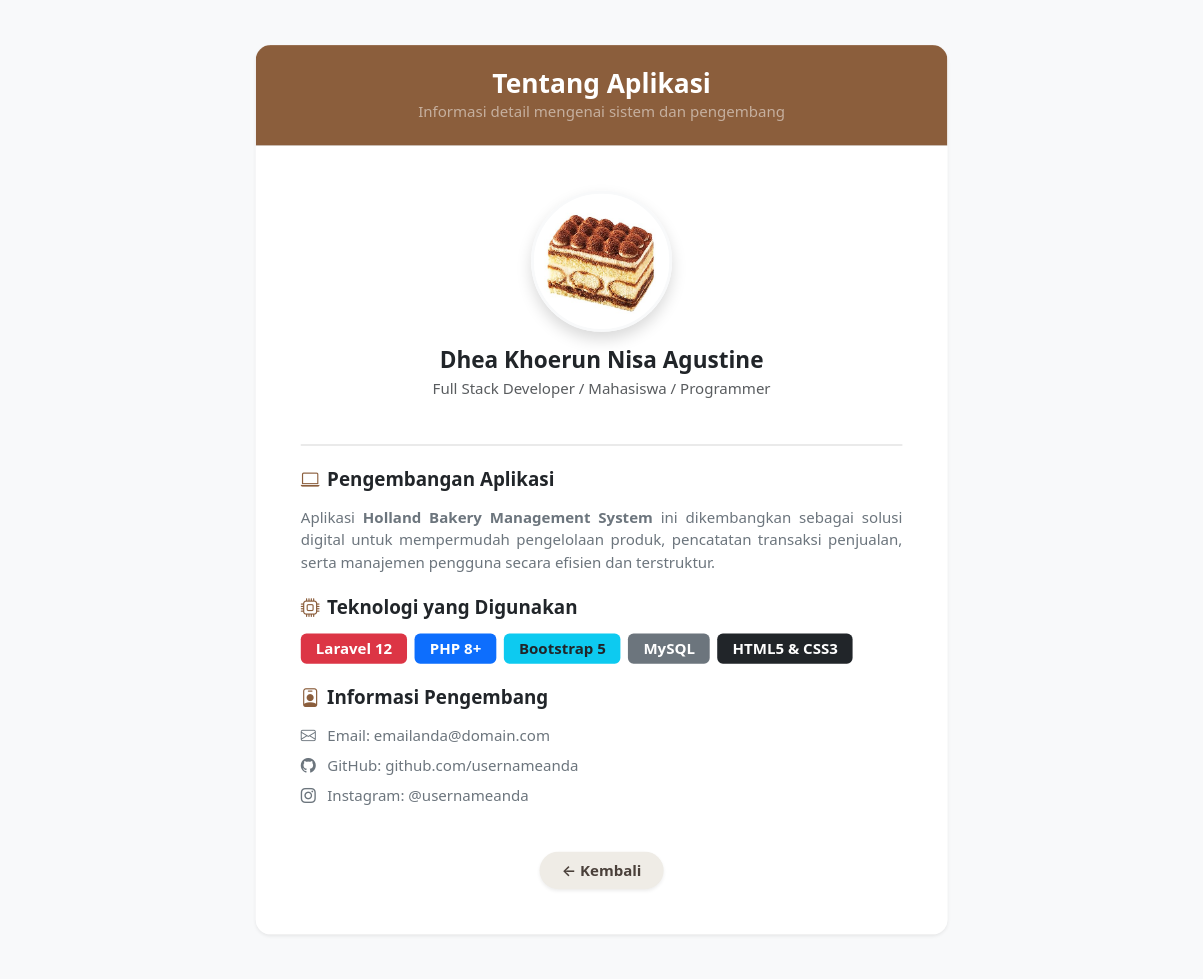
Repository: dheakhoerunnisaagustine/apk_pos4
Page: http://localhost/tentang
These files come from the project's save history. The page is drawn as it stood at one moment and after the next save; the edit follows.
The browser window is 1280 px wide. The pictures show the whole page, at 94% of full size.
Some web fonts or font styles are not loaded; a fallback is used. The page is served by the project's Laravel application, run on PHP 8.4 with Laravel 12. A made-up administrator, Test User (test@example.com), is signed in. Other server files are loaded and not shown. Style sheets and scripts are compiled from the project's sources, by tool versions that may differ from the author's.

Above is the page before, as saved 2026-09-11 13:40:23.

### routes/web.php
<?php

use Illuminate\Support\Facades\Route;
use App\Http\Controllers\AuthController;
use App\Http\Controllers\DashboardController;
use App\Http\Controllers\ItemPenjualanController;
use App\Http\Controllers\PenjualanController;
use App\Http\Controllers\ProdukController;
use App\Http\Controllers\UserController;
use App\Http\Controllers\JenisController; // <-- Tambahan 1: Panggil Controller Jenis

// Route Halaman Utama
Route::get('/', function () {
    return auth()->check()
        ? redirect()->route('dashboard')
        : redirect()->route('login');
});

// Route Tampilan Login (Hanya untuk Guest)
Route::middleware('guest')->group(function () {
    Route::get('/login', [AuthController::class, 'index'])->name('login');
});

// Route Eksekusi Login (Ditaruh di luar guest agar tidak kena redirect loop/expired saat ganti akun)
Route::post('/auth', [AuthController::class, 'auth'])->name('auth');

// Route yang hanya bisa diakses setelah login
Route::middleware('auth')->group(function () {
    Route::get('/dashboard', [DashboardController::class, 'index'])->name('dashboard');

    // Rute Tentang yang baru ditambahkan
    Route::get('/tentang', function () {
        return view('tentang');
    })->name('tentang');

    Route::post('/logout', [AuthController::class, 'logout'])->name('logout');

    // Khusus Admin
    Route::middleware('role:admin')->prefix('admin')->name('admin.')->group(function () {
        Route::get('/users', [UserController::class, 'index'])->name('users');
        Route::get('/users/create', [UserController::class, 'create'])->name('users.create');
        Route::post('/users/store', [UserController::class, 'store'])->name('users.store');
        Route::get('/users/edit/{user}', [UserController::class, 'edit'])->name('users.edit');
        Route::put('/users/update/{user}', [UserController::class, 'update'])->name('users.update');
        Route::delete('/users/destroy/{user}', [UserController::class, 'destroy'])->name('users.destroy');
    });

    // Admin & Kasir
    Route::middleware('role:admin,kasir')->group(function () {
        Route::resource('/produk', ProdukController::class);
        Route::resource('/penjualan', PenjualanController::class);
        Route::resource('/itempenjualan', ItemPenjualanController::class);
        Route::resource('/jenis', JenisController::class); // <-- Tambahan 2: Daftarkan resource jenis di sini
    });
});

### app/Models/User.php
<?php

namespace App\Models;

// use Illuminate\Contracts\Auth\MustVerifyEmail;
use Illuminate\Database\Eloquent\Factories\HasFactory;
use Illuminate\Foundation\Auth\User as Authenticatable;
use Illuminate\Notifications\Notifiable;

class User extends Authenticatable
{
    /** @use HasFactory<\Database\Factories\UserFactory> */
    use HasFactory, Notifiable;

    /**
     * The attributes that are mass assignable.
     *
     * @var list<string>
     */
    protected $fillable = [
        'name',
        'email',
        'password',
        'role_id'
    ];

    /**
     * The attributes that should be hidden for serialization.
     *
     * @var list<string>
     */
    protected $hidden = [
        'password',
        'remember_token',
    ];

    /**
     * Get the attributes that should be cast.
     *
     * @return array<string, string>
     */
    protected function casts(): array
    {
        return [
            'email_verified_at' => 'datetime',
            'password' => 'hashed',
        ];
    }

    public function role()
{
    return $this->belongsTo(Role::class, 'role_id', 'id');
}


    public function produk()
    {
        return $this->hasMany(Produk::class, 'user_id');
    }

    public function Penjualan()
    {
        return $this->hasMany(Penjualan::class, 'user_id');
    }





}

### resources/views/tentang.blade.php
@extends('layouts.app') {{-- Sesuaikan dengan layout utama aplikasi Anda --}}

@section('content')
<div class="container py-5">
    <div class="row justify-content-center">
        <div class="col-md-8">
            <div class="card shadow-sm border-0 rounded-4 overflow-hidden">
                <div class="card-header text-white text-center py-4" style="background: #8B5E3C;">
                    <h3 class="mb-0 fw-bold">Tentang Aplikasi</h3>
                    <p class="mb-0 text-white-50">Informasi detail mengenai sistem dan pengembang</p>
                </div>

                <div class="card-body p-4 p-md-5 bg-white">

                    {{-- Bagian Foto dan Nama Pengembang --}}
                    <div class="text-center mb-5">
                        {{-- Ganti 'images/foto-saya.jpeg' dengan lokasi foto Anda di folder public --}}
                        <img src="{{ asset('images/foto.jpg') }}" alt="Foto Pengembang"
                            class="rounded-circle shadow mb-3 border border-3 border-light"
                            style="width: 150px; height: 150px; object-fit: cover;">

                        <h4 class="fw-bold mb-1">Dhea Khoerun Nisa Agustine</h4>
                        <p class="text-muted">Full Stack Developer / Mahasiswa / Programmer</p>
                    </div>

                    <hr class="text-muted my-4">

                    {{-- Informasi Pengembangan Aplikasi --}}
                    <div class="mb-4">
                        <h5 class="fw-bold text-dark mb-3">
                            <i class="bi bi-laptop me-2" style="color: #8B5E3C;"></i>Pengembangan Aplikasi
                        </h5>
                        <p class="text-secondary" style="text-align: justify;">
                            Aplikasi <strong>Holland Bakery Management System</strong> ini dikembangkan sebagai solusi digital untuk mempermudah pengelolaan produk, pencatatan transaksi penjualan, serta manajemen pengguna secara efisien dan terstruktur.
                        </p>
                    </div>

                    {{-- Teknologi yang Digunakan --}}
                    <div class="mb-4">
                        <h5 class="fw-bold text-dark mb-3">
                            <i class="bi bi-cpu me-2" style="color: #8B5E3C;"></i>Teknologi yang Digunakan
                        </h5>
                        <div class="d-flex flex-wrap gap-2">
                            <span class="badge bg-danger px-3 py-2 fs-6">Laravel 12</span>
                            <span class="badge bg-primary px-3 py-2 fs-6">PHP 8+</span>
                            <span class="badge bg-info text-dark px-3 py-2 fs-6">Bootstrap 5</span>
                            <span class="badge bg-secondary px-3 py-2 fs-6">MySQL</span>
                            <span class="badge bg-dark px-3 py-2 fs-6">HTML5 & CSS3</span>
                        </div>
                    </div>

                    {{-- Informasi Kontak / Pengembang --}}
                    <div class="mb-4">
                        <h5 class="fw-bold text-dark mb-3">
                            <i class="bi bi-person-badge me-2" style="color: #8B5E3C;"></i>Informasi Pengembang
                        </h5>
                        <ul class="list-unstyled text-secondary">
                            <li class="mb-2"><i class="bi bi-envelope me-2"></i> Email: emailanda@domain.com</li>
                            <li class="mb-2"><i class="bi bi-github me-2"></i> GitHub: github.com/usernameanda</li>
                            <li class="mb-2"><i class="bi bi-instagram me-2"></i> Instagram: @usernameanda</li>
                        </ul>
                    </div>

                    {{-- Tombol Kembali sesuai desain gambar --}}
                    <div class="text-center mt-5">
                        <a href="{{ route('dashboard') }}" class="btn px-4 py-2 rounded-pill fw-semibold shadow-sm" style="background-color: #EFECE6; color: #4A403A; border: none;">
                            &larr; Kembali
                        </a>
                    </div>

                </div>
            </div>
        </div>
    </div>
</div>
@endsection

### resources/views/layouts/app.blade.php
<!DOCTYPE html>
<html lang="id">
<head>
    <meta charset="UTF-8">
    <meta name="viewport" content="width=device-width, initial-scale=1">

    <title>@yield('title') | Bakery POS</title>

    @vite(['resources/css/app.css', 'resources/js/app.js'])
</head>

<body class="bg-light">

    @yield('content')

</body>
</html>

### resources/css/app.css
@import "bootstrap/dist/css/bootstrap.min.css";
@import "bootstrap-icons/font/bootstrap-icons.css";
@import './dashboard.css';

@source '../../vendor/laravel/framework/src/Illuminate/Pagination/resources/views/*.blade.php';
@source '../../storage/framework/views/*.php';
@source '../**/*.blade.php';
@source '../**/*.js';

@theme {
    --font-sans: 'Instrument Sans', ui-sans-serif, system-ui, sans-serif, 'Apple Color Emoji', 'Segoe UI Emoji',
        'Segoe UI Symbol', 'Noto Color Emoji';
}

### resources/css/dashboard.css
body{
    background:#f8f5f2;
}


.page-title{
    font-weight:bold;
    color:#6f4e37;
}


.stat-card{
    border:none;
    border-radius:15px;
    box-shadow:0 5px 15px rgba(0,0,0,.08);
    transition:.3s;
}


.stat-card:hover{
    transform:translateY(-5px);
}


.stat-icon{
    width:60px;
    height:60px;
    border-radius:50%;
    display:flex;
    justify-content:center;
    align-items:center;
    font-size:28px;
    color:white;
}


.bg-brown{
    background:#8B5E3C;
}


.bg-orange{
    background:#D4A373;
}


.bg-green{
    background:#28a745;
}


.bg-red{
    background:#dc3545;
}


.table-card{
    border:none;
    border-radius:15px;
    box-shadow:0 5px 15px rgba(0,0,0,.08);
}


.card-title-custom{
    color:#6f4e37;
    font-weight:bold;
}


.card{
    border:none;
    border-radius:18px;
    box-shadow:0 10px 25px rgba(0,0,0,.08);
    transition:.3s;
}


.card:hover{
    transform:translateY(-4px);
}



/* =====================
   BUTTON BAKERY USER
===================== */


.btn-bakery-edit {

    background:#D8A47F;
    color:white;
    border-radius:30px;
    padding:8px 18px;
    font-weight:600;
    border:none;
    transition:.3s;

}


.btn-bakery-edit:hover {

    background:#B9825A;
    color:white;
    transform:translateY(-2px);

}



.btn-bakery-delete {

    background:#E98B8B;
    color:white;
    border-radius:30px;
    padding:8px 18px;
    font-weight:600;
    border:none;
    transition:.3s;

}


.btn-bakery-delete:hover {

    background:#D85C5C;
    color:white;
    transform:translateY(-2px);

}



.btn i{
    margin-right:5px;
}

Loaded but not shown: resources/js/bootstrap.js (common file)

After the next save:
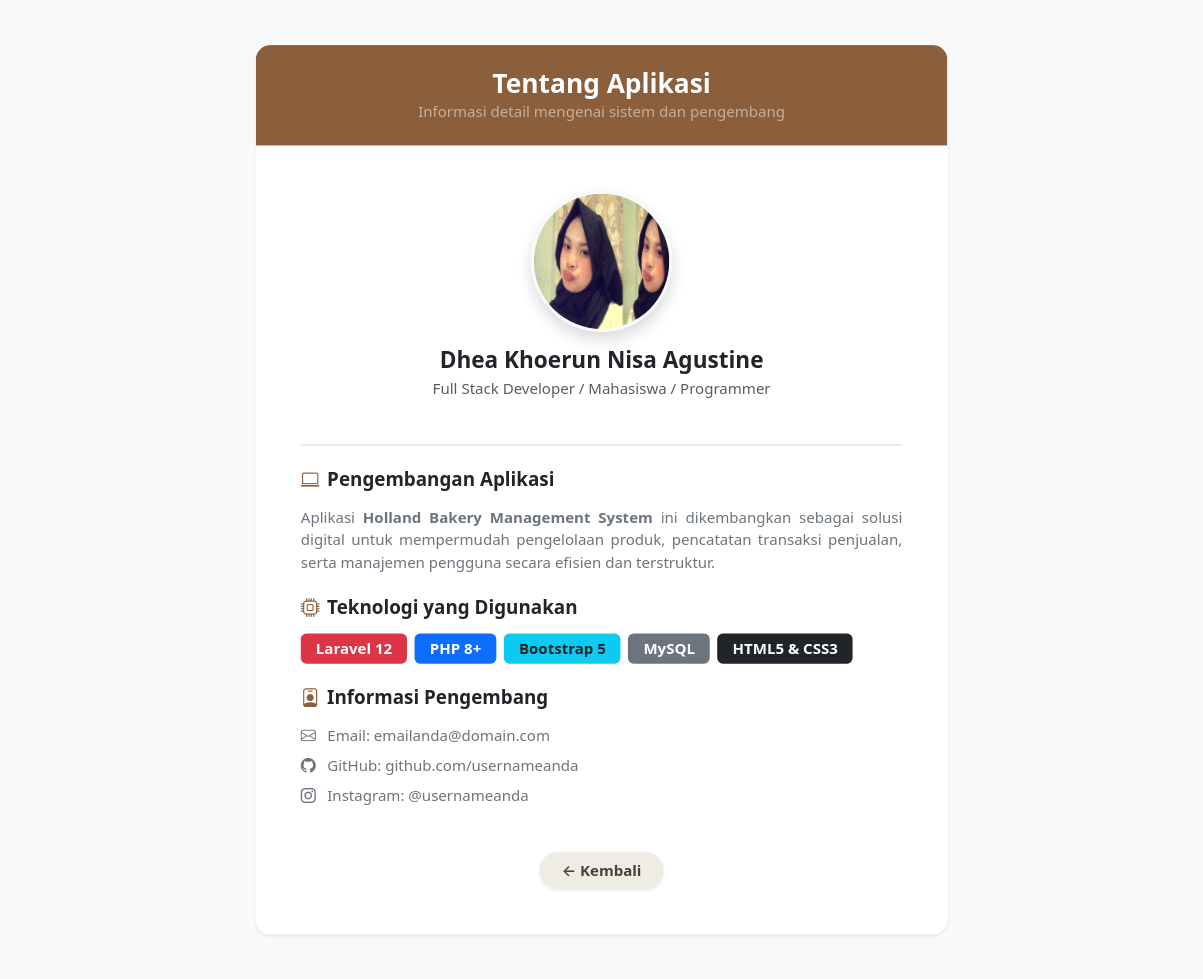
Saved 105 s later.
--- a/resources/views/tentang.blade.php
+++ b/resources/views/tentang.blade.php
@@ -14,7 +14,7 @@
 
                     {{-- Bagian Foto dan Nama Pengembang --}}
                     <div class="text-center mb-5">
-                        {{-- Ganti 'images/foto-saya.jpeg' dengan lokasi foto Anda di folder public --}}
+                        <img src="{{ asset('images/foto.jpeg') }}" alt="Foto Pengembang"
                         <img src="{{ asset('images/foto.jpg') }}" alt="Foto Pengembang"
                             class="rounded-circle shadow mb-3 border border-3 border-light"
                             style="width: 150px; height: 150px; object-fit: cover;">
